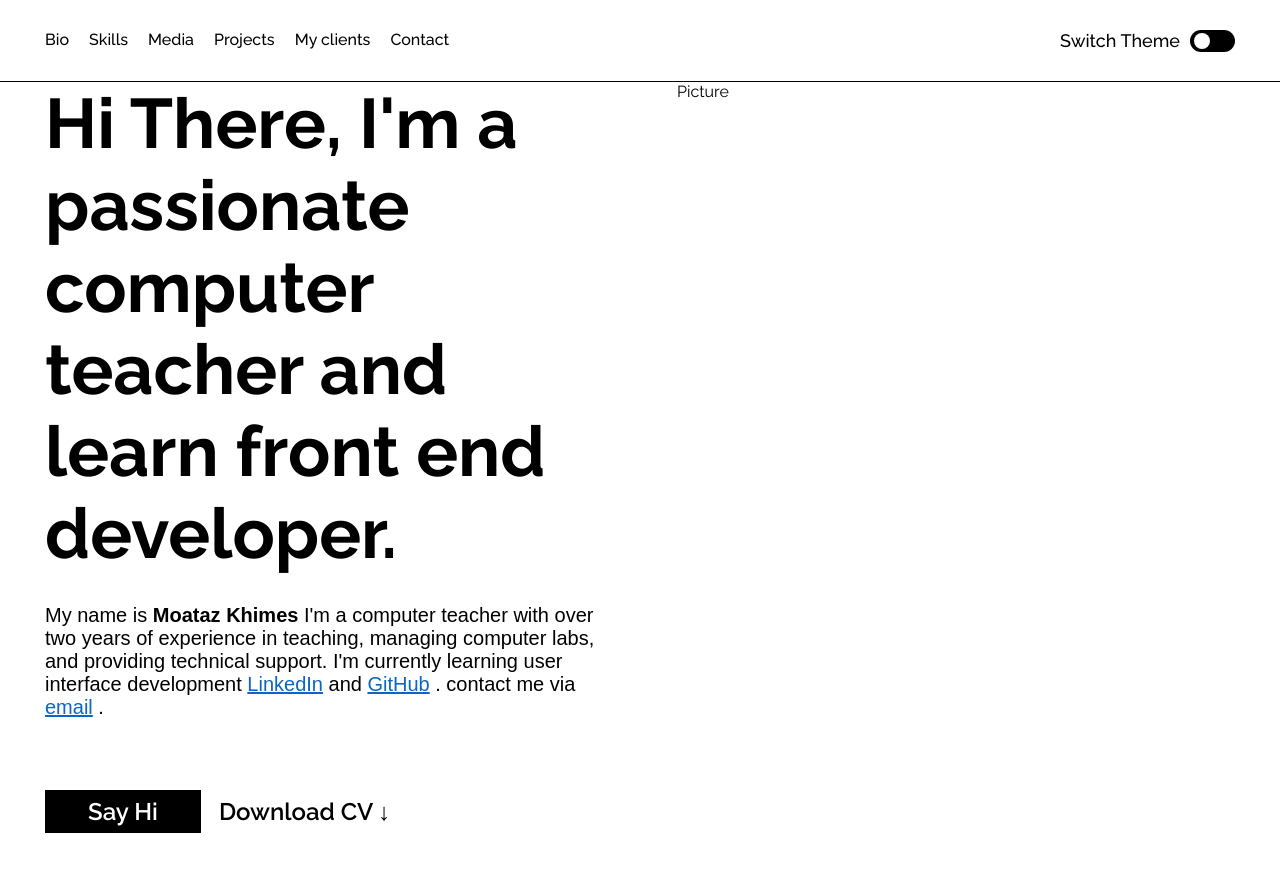
Repository: moataz305G/Personal-website
Page: index.html
An editor plug-in stored every save of this project. The page is shown before and after the next save, followed by the edit.
The browser window is 1280 px wide. The pictures show the whole page.

Above is the page before, as saved 2025-12-12 22:01:32.

### index.html
<!DOCTYPE html>
<html lang="en">
  <head>
    <meta charset="UTF-8" />

    <meta name="viewport" content="width=device-width, initial-scale=1.0" />
    <link rel="preconnect" href="https://fonts.googleapis.com" />
    <link rel="preconnect" href="https://fonts.gstatic.com" crossorigin />
    <link
      href="https://fonts.googleapis.com/css2?family=Raleway:ital,wght@0,100..900;1,100..900&display=swap"
      rel="stylesheet"
    />

    <link rel="stylesheet" href="Style.css" />
    <title class="title">Moataz khimes</title>
  </head>
  <body>
    <div class="container">
      <header class="header">
        <nav class="navigation">
          <ul class="navigation__list">
            <li><a href="#" class="navigation__link">Bio</a></li>
            <li><a href="#" class="navigation__link">Skills</a></li>
            <li><a href="#" class="navigation__link">Media</a></li>
            <li><a href="#" class="navigation__link">Projects</a></li>
            <li><a href="#" class="navigation__link">My clients</a></li>
            <li><a href="#" class="navigation__link">Contact</a></li>
          </ul>
        </nav>

        <div class="toggle">
          <h3 class="toggle__title">Switch Theme</h3>
          <input
            type="checkbox"
            name="toggle checkbox"
            id="toggle"
            class="toggle__checkbox"
          />
          <label for="toggle" class="toggle__label"></label>
        </div>
      </header>

      <section id="bio" class="bio section">
        <div class="bio__content">
          <h1 class="bio__heading">
            Hi There, I'm a passionate computer teacher and learn front end
            developer.
          </h1>
          <p class="bio__objeactive">
            My name is <span class="bio__name">Moataz Khimes</span>
            I'm a computer teacher with over two years of experience in
            teaching, managing computer labs, and providing technical support.
            I'm currently learning user interface development
            <a
              href="https://www.linkedin.com/in/moataz-khimes-53586223b/"
              class="bio__linkedin"
              >LinkedIn</a
            >
            and
            <a href="https://github.com/moataz305G" class="bio__github"
              >GitHub</a
            >
            . contact me via
            <a href="mutazkhmes@gmail.com" class="bio__email">email</a>
            .
          </p>
          <a href="#" class="bio__links say-hi-link">Say Hi</a>
          <a href="#" class="bio__links find-out-link"
            >Download CV <span class="bio__arrow">↓</span></a
          >
        </div>
        <div class="bio__pic-content">Picture</div>
      </section>
    </div>
  </body>
</html>

### Style.css
:root {
  --container-width: 119rem;
  --guter: 6rem;

  --color-black: #000;
  --color-white: #fff;
  --color-blue: #2374e1;
  --color-lite-blue: #1d9bf0;
  --color-dark-blue: #0a66c2;
  --color-darker-blue: #143ce8;
  --color-red: #ff0000;
  --color-green: #03a696;
  --color-gray: #f6f6f6;
  --color-dark-green: #42959b;

  --color-background: var(--color-white);
  --color-text: var(--color-black);
  --color-box-img: var(--color-black);
  --color-link-bg: var(--color-black);
  --color-input-border: var(--color-black);

  --font-family-raleway: "Raleway", sans-serif;
  --font-family-poppins: "Poppins", sans-serif;

  --font-weight-regular: 400;
  --font-weight-medium: 500;
  --font-weight-semi-bold: 600;
  --font-weight-bold: 700;

  --font-size-70: 7rem;
  --font-size-65: 6.5rem;
  --font-size-40: 4rem;
  --font-size-38: 3.8rem;
  --font-size-24: 2.4rem;
  --font-size-22: 2.2rem;
  --font-size-20: 2rem;
  --font-size-18: 1.8rem;
  --font-size-15: 1.5rem;

  --transition-timing: 0.3s;
}
/* CSS Reset */
* {
  margin: 0;
  padding: 0;
}

*,
*::after,
*::before {
  box-sizing: border-box;
}

a {
  color: inherit;
  display: inline-block;
}

button {
  background-color: transparent;
  border: none;
  cursor: pointer;
}

ul,
ol {
  list-style: none;
}
/* END CSS Reset */
html {
  font-size: 62.5%;
  scroll-behavior: smooth;
  scroll-padding-top: 11rem;
}

body {
  font-size: 1.6rem;
  font-family: var(--font-family-raleway);
  background-color: var(--color-background);
  color: var(--color-text);
}

.container {
  max-width: var(--container-width);
  margin: 0 auto;
}
header {
  position: relative;
  padding: 3rem 0;
  display: flex;
  justify-content: center;
  z-index: 0;
}
.header::before {
  content: "";
  position: absolute;
  height: 100%;
  width: 100vw;
  border-bottom: 0.1rem solid var(--color-black);
  top: 0;
  z-index: -1;
}

.navigation__list {
  display: flex;
  gap: 2rem;
}
.navigation__link:link,
.navigation__link:visited {
  text-decoration: none;
  font-weight: var(--font-weight-medium);
}
.navigation__link:hover,
.navigation__link:active {
  text-decoration: underline;
  color: var(--color-text);
}

/* Toggle */
.toggle {
  display: flex;
  gap: 1rem;
  margin-left: auto;
}
.toggle__title {
  font-weight: var(--font-weight-medium);
  font-size: var(--font-size-18);
}

.toggle__checkbox {
  display: none;
}

.toggle__label {
  display: block;
  position: relative;
  background-color: var(--color-black);
  border-radius: 1.5rem;
  width: 4.5rem;
  height: 2.2rem;
  cursor: pointer;
  padding: 0.3rem 0.4rem;
  transition: 0.3s;
}

.toggle__label::after {
  content: "";
  display: block;
  width: 1.6rem;
  height: 1.6rem;
  border-radius: 50%;
  background-color: var(--color-white);
  transition: 0.3s;
}

.toggle__checkbox:checked + .toggle__label {
  background-color: var(--color-white);
}
.toggle__checkbox:checked + .toggle__label::after {
  transform: translateX(2.1rem);
  background-color: var(--color-green);
}

/* End Toggle */

.section {
  display: grid;
  grid-template-columns: repeat(2, auto);
  align-items: start;
}

/* Bio */
.bio {
  grid-gap: 7.4rem;
  grid-template-columns: repeat(2, 1fr);
}

.bio__heading {
  font-size: var(--font-size-70);
  font-weight: var(--font-weight-bold);
}

.bio__objeactive {
  font-family: var(--font-family-poppins);
  font-weight: var(--font-weight-regular);
  font-size: var(--font-size-20);
  margin: 3rem 0 0.8rem;
}

.bio__name {
  font-weight: var(--font-weight-semi-bold);
}
.bio__linkedin,
.bio__github,
.bio__email {
  color: var(--color-dark-blue);
}

.bio__links {
  font-size: 2.4rem;
  font-weight: var(--font-weight-semi-bold);
  text-decoration: none;
}

.say-hi-link {
  background-color: var(--color-link-bg);
  color: var(--color-white);
  padding: 0.7rem 4.3rem;
}
.find-out-link {
  padding: 07rem 0;
  margin-inline-start: 1.4rem;
}

After the next save:
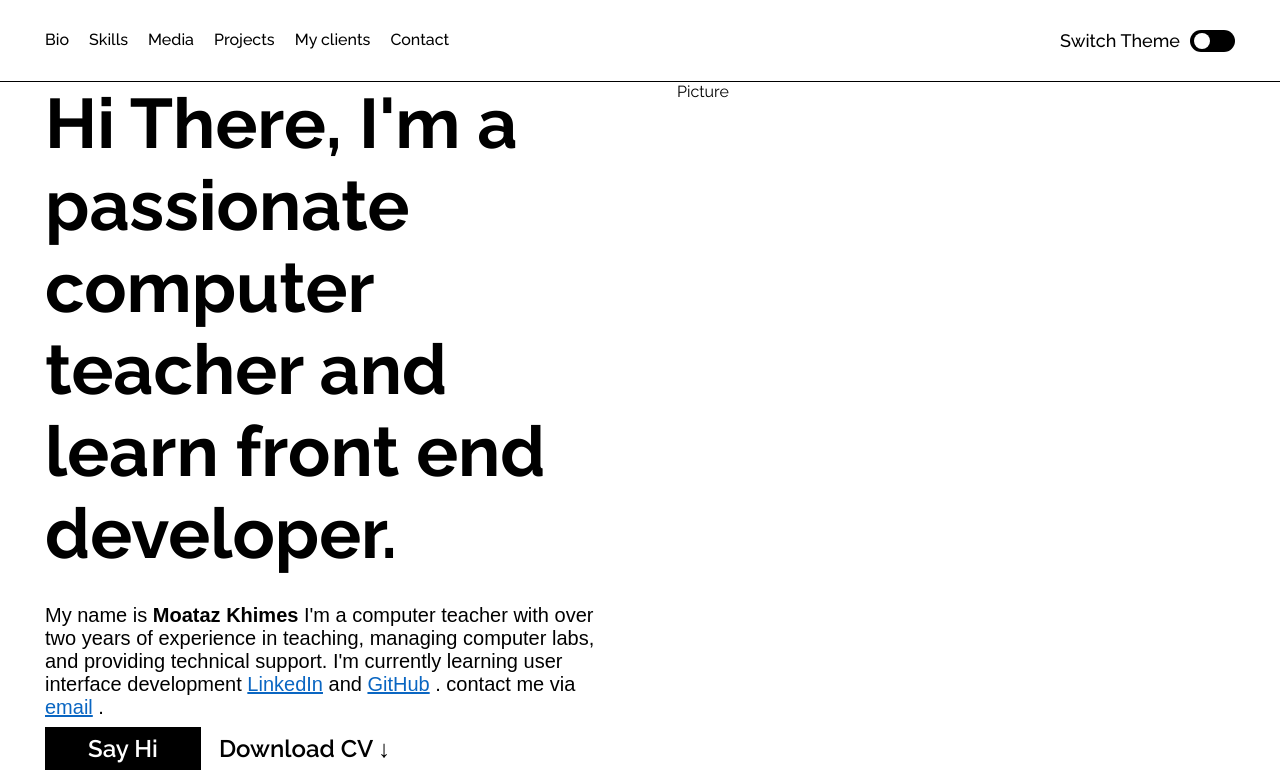
Saved 59 s later.
--- a/Style.css
+++ b/Style.css
@@ -208,6 +208,6 @@ header {
   padding: 0.7rem 4.3rem;
 }
 .find-out-link {
-  padding: 07rem 0;
+  padding: 0.7rem 0;
   margin-inline-start: 1.4rem;
 }
